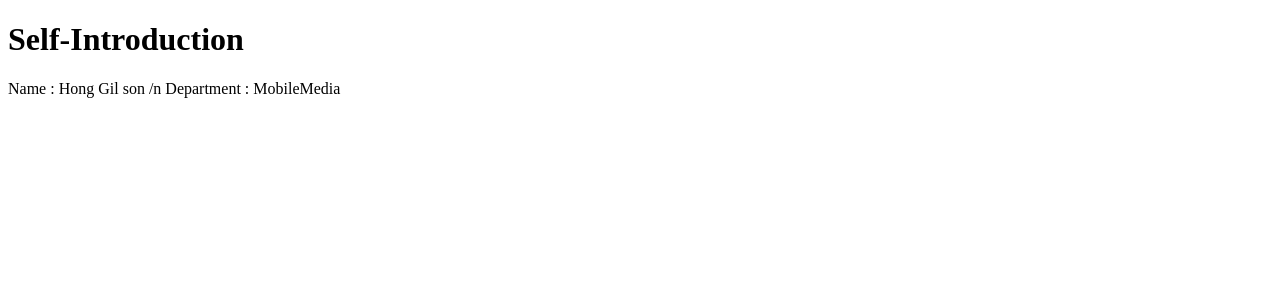
Repository: penguinjava/JSPBook
Page: http://localhost/JSPBook/hello2.jsp
These files come from the project's save history. The page is drawn as it stood at one moment and after the next save; the edit follows.
The browser window is 1280 px wide. The pictures show the whole page.
The page is served by Tomcat 9. Other server files are loaded and not shown.

Above is the page before, as saved 2024-10-30 13:56:54.

### JSPBook/src/main/webapp/hello2.jsp
<%@page import="javax.swing.text.Document"%>
<%@ page language="java" contentType="text/html; charset=UTF-8"
    pageEncoding="UTF-8"%>
<!DOCTYPE html>
<html>
<head>
<meta charset="UTF-8">
<title>Insert title here</title>
</head>
<body>
<h1>Self-Introduction</h1>
Name : Hong Gil son /n
Department : MobileMedia
</body>
</html>

After the next save:
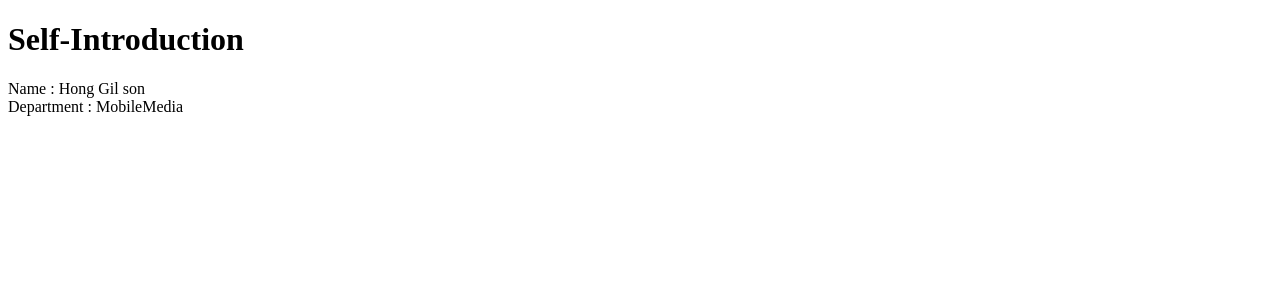
Saved 12 s later.
--- a/JSPBook/src/main/webapp/hello2.jsp
+++ b/JSPBook/src/main/webapp/hello2.jsp
@@ -9,7 +9,8 @@
 </head>
 <body>
 <h1>Self-Introduction</h1>
-Name : Hong Gil son /n
+Name : Hong Gil son
+<br/>
 Department : MobileMedia
 </body>
 </html>
